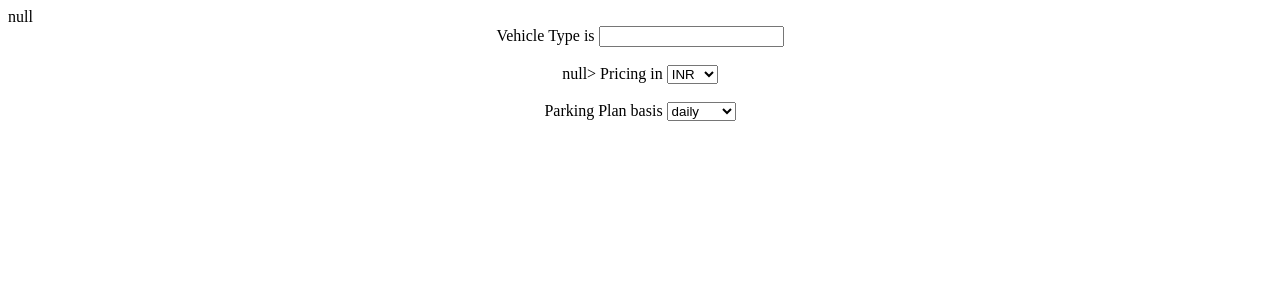
Repository: meta-rahul-dosi/GET2019
Page: http://localhost/Assignment-4/passPrice.jsp
The author's editor kept a copy of each file at every save. The page is drawn from the files as they stood at one save, then again after the next save.
The browser window is 1280 px wide. The pictures show the whole page.
The page is served by Tomcat 9. Other server files are loaded and not shown.

Above is the page before, as saved 2019-09-05 13:37:51.

### EAD/Assignment-4/WebContent/passPrice.jsp
<%@ page language="java" contentType="text/html; charset=ISO-8859-1"
	pageEncoding="ISO-8859-1" import="java.sql.*"%>
<!DOCTYPE html PUBLIC "-//W3C//DTD HTML 4.01 Transitional//EN" "http://www.w3.org/TR/html4/loose.dtd">
<html>
<head>
<meta http-equiv="Content-Type" content="text/html; charset=ISO-8859-1">
<title>Insert title here</title>
</head>
<body>

	<%
		String vehicleTypeCame = (String) session
				.getAttribute("vehicleType");
		out.println(vehicleTypeCame);
	%>

	<div>
		<form align="center">
			Vehicle Type is <input type="text" name="<%=vehicleTypeCame%>"
				readonly /><br /> <br />
				<%=vehicleTypeCame %>>
				Pricing in <select name="pricing">
				<option name="INR" value="INR">INR</option>
				<option name="USD" value="USD">USD</option>
				<option name="YEN" value="YEN">YEN</option>
			</select><br /> <br /> Parking Plan basis <select name="time">
				<option name="daily" value="daily">daily</option>
				<option name="monthly" value="monthly">monthly</option>
				<option name="yearly" value="yearly">yearly</option>
			</select><br /> <br />
		</form>
	</div>
	<br />
	<br />

</body>
</html>

After the next save:
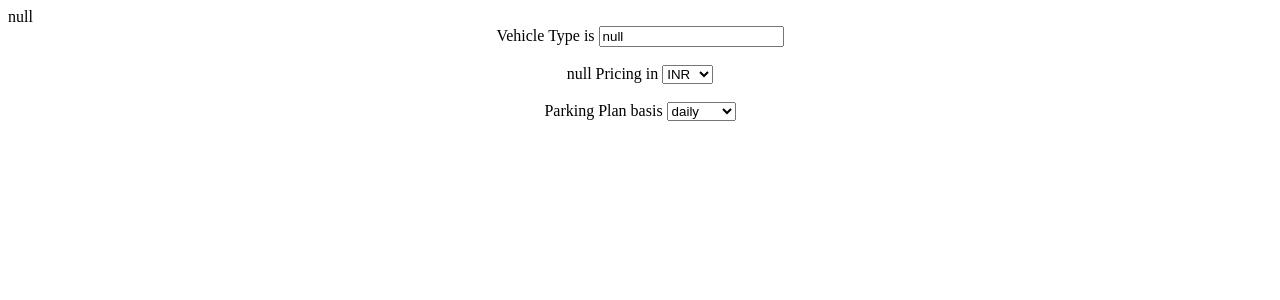
Saved 35 s later.
--- a/EAD/Assignment-4/WebContent/passPrice.jsp
+++ b/EAD/Assignment-4/WebContent/passPrice.jsp
@@ -16,9 +16,9 @@
 
 	<div>
 		<form align="center">
-			Vehicle Type is <input type="text" name="<%=vehicleTypeCame%>"
+			Vehicle Type is <input type="text" value="<%=vehicleTypeCame%>"
 				readonly /><br /> <br />
-				<%=vehicleTypeCame %>>
+				<%=vehicleTypeCame %>
 				Pricing in <select name="pricing">
 				<option name="INR" value="INR">INR</option>
 				<option name="USD" value="USD">USD</option>
